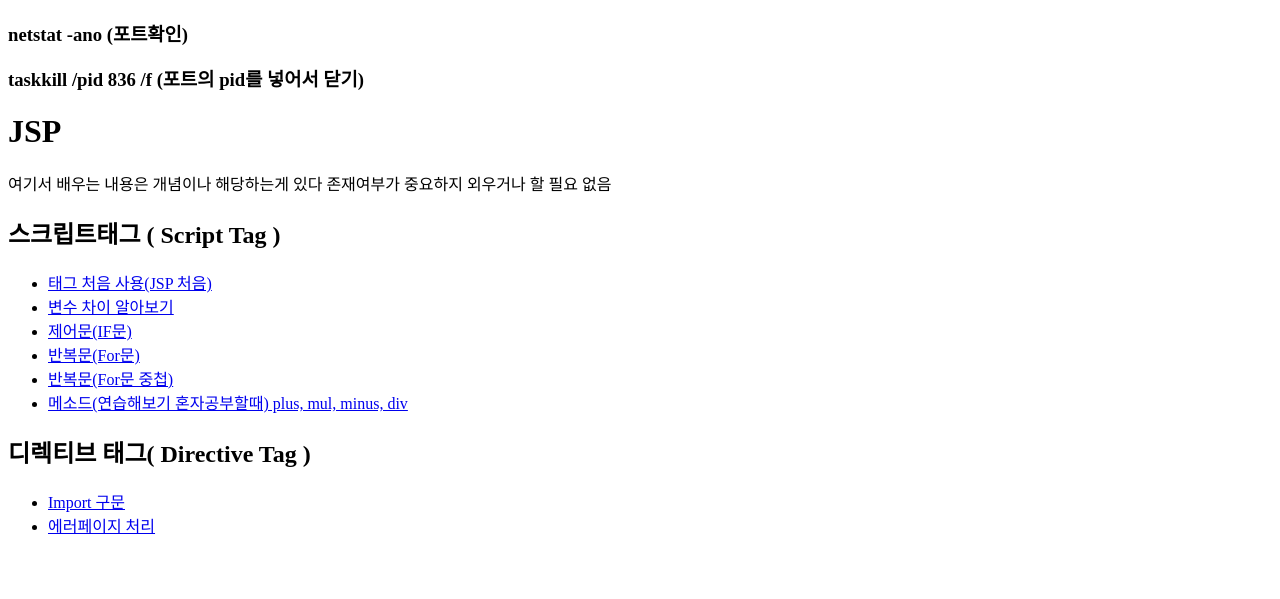
Repository: kvmhyvmvn/Study_JspServlet
Page: WorkSpace/03.Tag/src/main/webapp/index.html
An editor plug-in stored every save of this project. The page is shown before and after the next save, followed by the edit.
The browser window is 1280 px wide. The pictures show the whole page.

Above is the page before, as saved 2023-05-19 02:57:08.

After the next save:
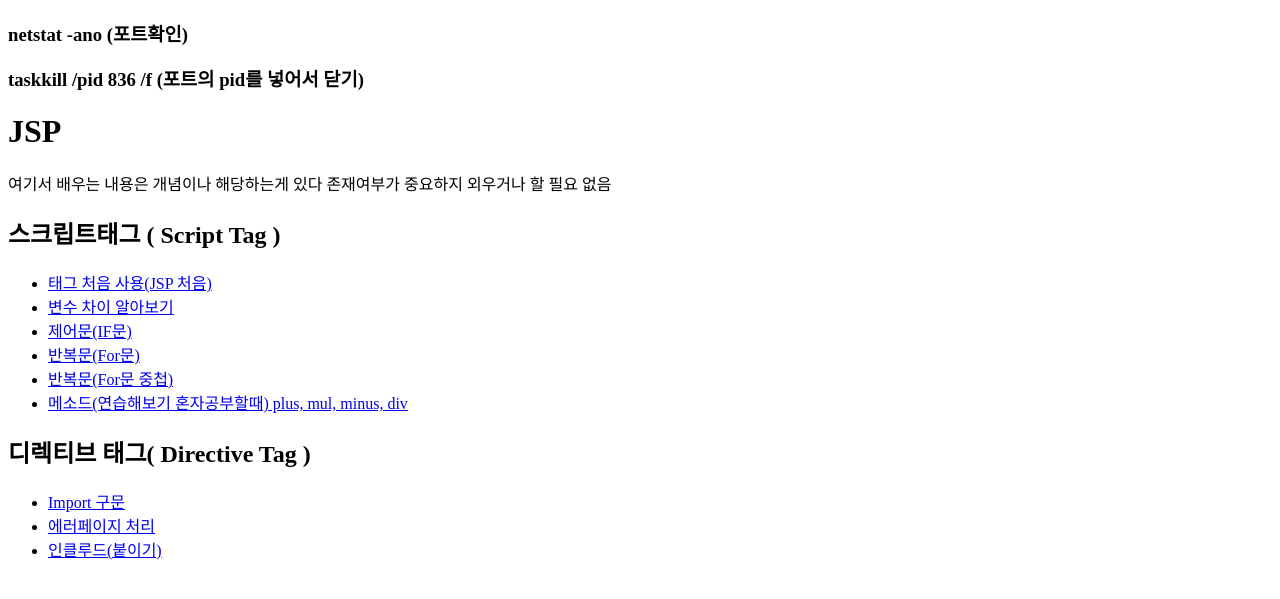
Saved 102 s later.
--- a/WorkSpace/03.Tag/src/main/webapp/index.html
+++ b/WorkSpace/03.Tag/src/main/webapp/index.html
@@ -26,6 +26,7 @@
 	<ul>
 		<li><a href="02.Directive/Ex01Directive.jsp">Import 구문</a></li>
 		<li><a href="02.Directive/Ex02ErrorMain.jsp">에러페이지 처리</a></li>
+		<li><a href="02.Directive/Ex03IncludeMain.jsp">인클루드(붙이기)</a></li>
 	</ul>
 </body>
 </html>
